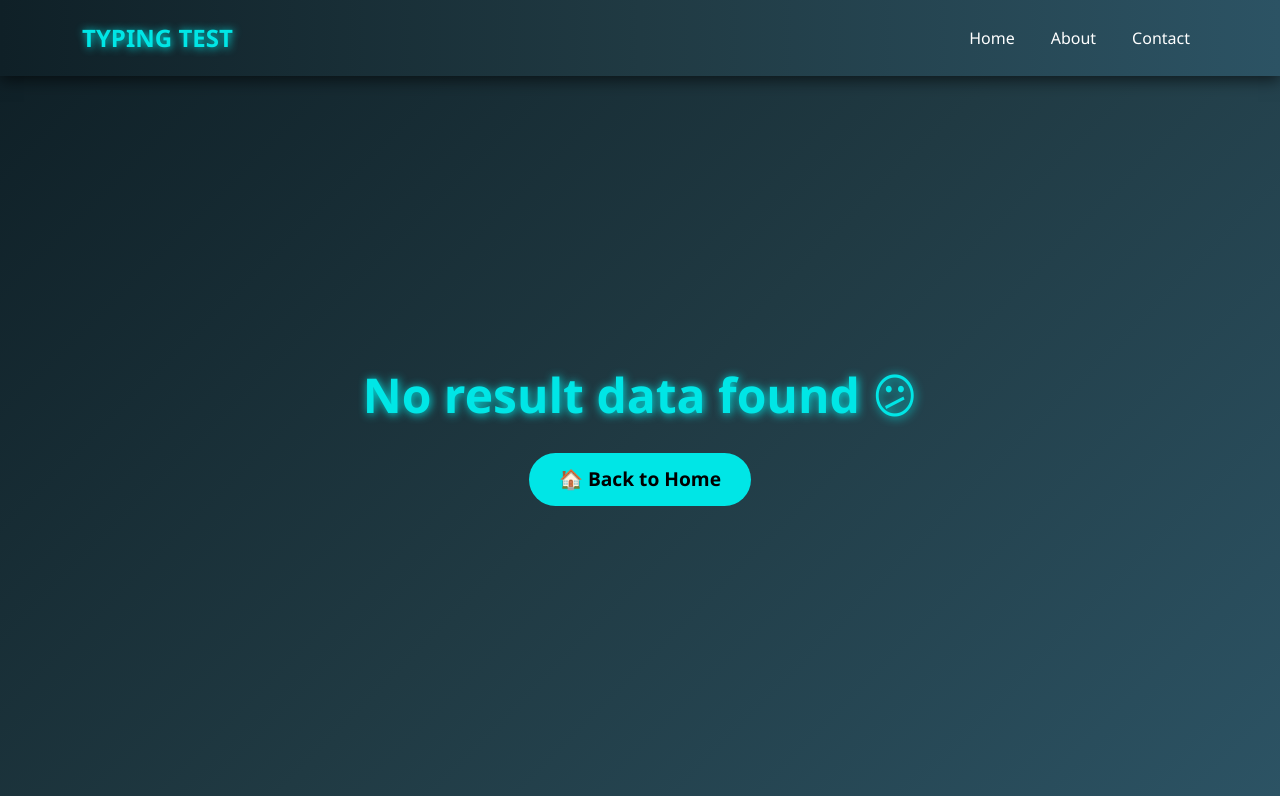
Repository: SHAHZADcodr/typing-test-react
Page: /gameOver
The author's editor kept a copy of each file at every save. The page is drawn from the files as they stood at one save, then again after a run of saves.
The browser window is 1280 px wide. The pictures show the whole page.
The project was rebuilt for these pictures with package versions that can differ from the ones it lists, and the page was loaded fresh each time. Also part of the build but not shown: src/customCss/Home.css, src/pages/Home.jsx, src/customCss/About.css, src/pages/About.jsx, src/customCss/Contact.css, src/pages/Contact.jsx, src/customCss/Game.css, src/pages/Game.jsx. Imported but missing from the stored project, and not drawn on this page: src/assets/background.mp3, src/assets/pop.mp3.

Above is the page before, as saved 2025-04-09 02:11:46.

### src/index.js
import React from 'react';
import "bootstrap/dist/css/bootstrap.min.css";
import ReactDOM from 'react-dom/client';
import './index.css';
import App from './App';
import { BrowserRouter } from 'react-router-dom';
import reportWebVitals from './reportWebVitals';

const root = ReactDOM.createRoot(document.getElementById('root'));
root.render(
  <React.StrictMode>
    <BrowserRouter>
      <App />
    </BrowserRouter>
  </React.StrictMode>
);

// If you want to start measuring performance in your app, pass a function
// to log results (for example: reportWebVitals(console.log))
// or send to an analytics endpoint. Learn more: https://bit.ly/CRA-vitals
reportWebVitals();

### src/index.css
body {
  margin: 0;
  background: linear-gradient(135deg, #0f2027,
  #203a43, #2c5364);
}

### src/App.js
import {Routes,Route} from "react-router-dom";
import './App.css';
//pages
import Home  from "./pages/Home";
import About from "./pages/About";
import Contact from "./pages/Contact";
import Game from "./pages/Game";
import GameOver from "./pages/GameOver";

//components
import Navigation from "./components/Navbar";

function App() {
  return (
    <>
    <Navigation/>
    <Routes>
      <Route path="/" element={<Home/>}/>
      <Route path="*" element={<Home/>}/>
      <Route path="/about" element={<About/>}/>
      <Route path="/contact" element={<Contact/>}/>
      <Route path="/game" element={<Game/>}/>
      <Route path="/gameOver" element={<GameOver/>}/>

    </Routes>
    </>

  );
}

export default App;

### src/App.css
.custom-navbar {
  background: linear-gradient(to right, #0f2027, #203a43, #2c5364) !important;
  padding: 15px 20px;
  box-shadow: 0 4px 15px rgba(0, 0, 0, 0.6);
  font-family: 'Segoe UI', Tahoma, Geneva, Verdana, sans-serif;
}

.custom-navbar .navbar-brand {
  color: #00e6e6 !important;
  font-weight: bold;
  font-size: 1.5rem;
  text-shadow: 1px 1px 8px #00e6e6;
}

.custom-navbar .nav-link {
  color: #ffffff !important;
  margin-left: 20px;
  transition: color 0.3s ease, transform 0.2s ease;
  font-weight: 500;
}

.custom-navbar .nav-link:hover {
  color: #00e6e6 !important;
  transform: scale(1.05);
  text-shadow: 0 0 5px #00e6e6;
}

.custom-navbar .navbar-toggler {
  background-color: #00e6e6;
}

### src/pages/GameOver.jsx
// GameOver.jsx
import React from 'react';
import { useLocation, useNavigate } from 'react-router-dom';
import './GameOver.css'; // ✅ Import your CSS

const GameOver = () => {
  const { state } = useLocation();
  const navigate = useNavigate();
  const result = state?.result;

  if (!result) {
    return (
      <div className="gameover-container">
        <h3 className="gameover-title">No result data found 😕</h3>
        <button className="restart-button" onClick={() => navigate('/')}>
          🏠 Back to Home
        </button>
      </div>
    );
  }

  return (
    <div className="gameover-container">
      <h1 className="gameover-title">🎮 Game Over!</h1>
      <div className="stats-box">
        <h4>✅ Correct Words: <span>{result.score}</span></h4>
        <h4>❌ Missed Words: <span>{result.missed}</span></h4>
        <h4>📈 Accuracy: <span>{result.accuracy}%</span></h4>
        <h4>⌨️ Words Per Minute: <span>{result.wpm}</span></h4>
      </div>
      <button className="restart-button" onClick={() => navigate('/')}>
        🔁 Play Again
      </button>
    </div>
  );
};

export default GameOver;

### src/components/Navbar.jsx
import React from 'react';
import { Navbar, Nav, Container } from 'react-bootstrap';
import { Link } from 'react-router-dom';
import '../App.css'; // Make sure this path is correct

const Navigation = () => {
  return (
    <Navbar expand="lg" className="custom-navbar" variant="dark">
      <Container>
        <Navbar.Brand as={Link} to="/">TYPING TEST</Navbar.Brand>
        <Navbar.Toggle aria-controls="basic-navbar-nav" />
        <Navbar.Collapse id="basic-navbar-nav">
          <Nav className="ms-auto">
            <Nav.Link as={Link} to="/">Home</Nav.Link>
            <Nav.Link as={Link} to="/about">About</Nav.Link>
            <Nav.Link as={Link} to="/contact">Contact</Nav.Link>
          </Nav>
        </Navbar.Collapse>
      </Container>
    </Navbar>
  );
};

export default Navigation;

### src/customCss/GameOver.css
.gameover-container {
    display: flex;
    flex-direction: column;
    align-items: center;
    justify-content: center;
    height: 100vh;
    background: linear-gradient(135deg, #0f2027, #203a43, #2c5364);
    color: #fff;
    font-family: 'Segoe UI', Tahoma, Geneva, Verdana, sans-serif;
    text-align: center;
    padding: 20px;
  }

  .gameover-title {
    font-size: 3rem;
    font-weight: bold;
    margin-bottom: 30px;
    color: #00e6e6;
    text-shadow: 1px 1px 10px #00e6e6;
  }

  .stats-box {
    background-color: rgba(255, 255, 255, 0.1);
    border-radius: 20px;
    padding: 30px;
    box-shadow: 0 4px 20px rgba(0, 0, 0, 0.4);
    width: 90%;
    max-width: 500px;
    margin-bottom: 30px;
  }

  .stats-box h4 {
    font-size: 1.5rem;
    margin: 10px 0;
  }

  .stats-box span {
    font-weight: bold;
    color: #00e6e6;
  }

  .restart-button {
    background-color: #00e6e6;
    border: none;
    color: #000;
    font-weight: bold;
    padding: 12px 30px;
    border-radius: 30px;
    font-size: 1.2rem;
    transition: background-color 0.3s ease, transform 0.2s ease;
  }

  .restart-button:hover {
    background-color: #01cccc;
    transform: scale(1.05);
  }

Loaded but not shown: public/index.html (common file); src/reportWebVitals.js (common file)

After the next 2 saves:
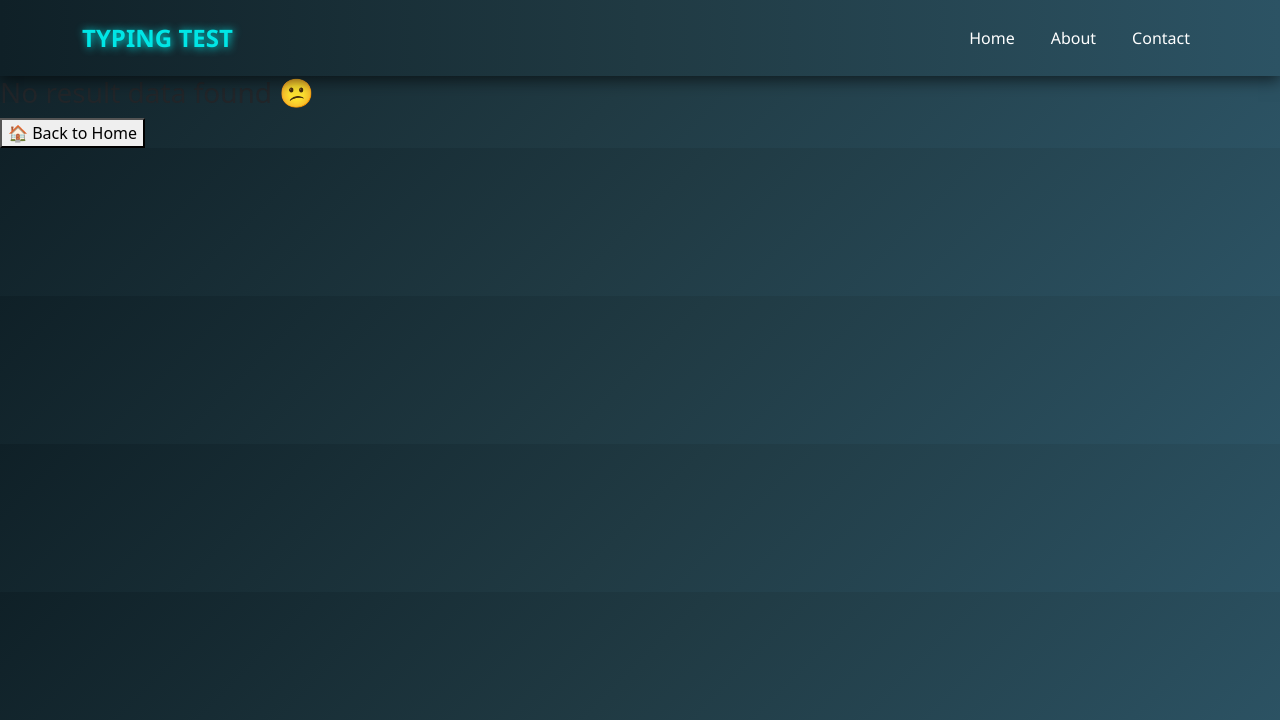
The 2 saves are shown as one change because they came seconds apart.
The last was saved 19 s later.
--- a/src/pages/GameOver.jsx
+++ b/src/pages/GameOver.jsx
@@ -1,7 +1,7 @@
 // GameOver.jsx
 import React from 'react';
 import { useLocation, useNavigate } from 'react-router-dom';
-import './GameOver.css'; // ✅ Import your CSS
+import '...//GameOver.css'; // ✅ Import your CSS
 
 const GameOver = () => {
   const { state } = useLocation();

After the 5 saves that followed:
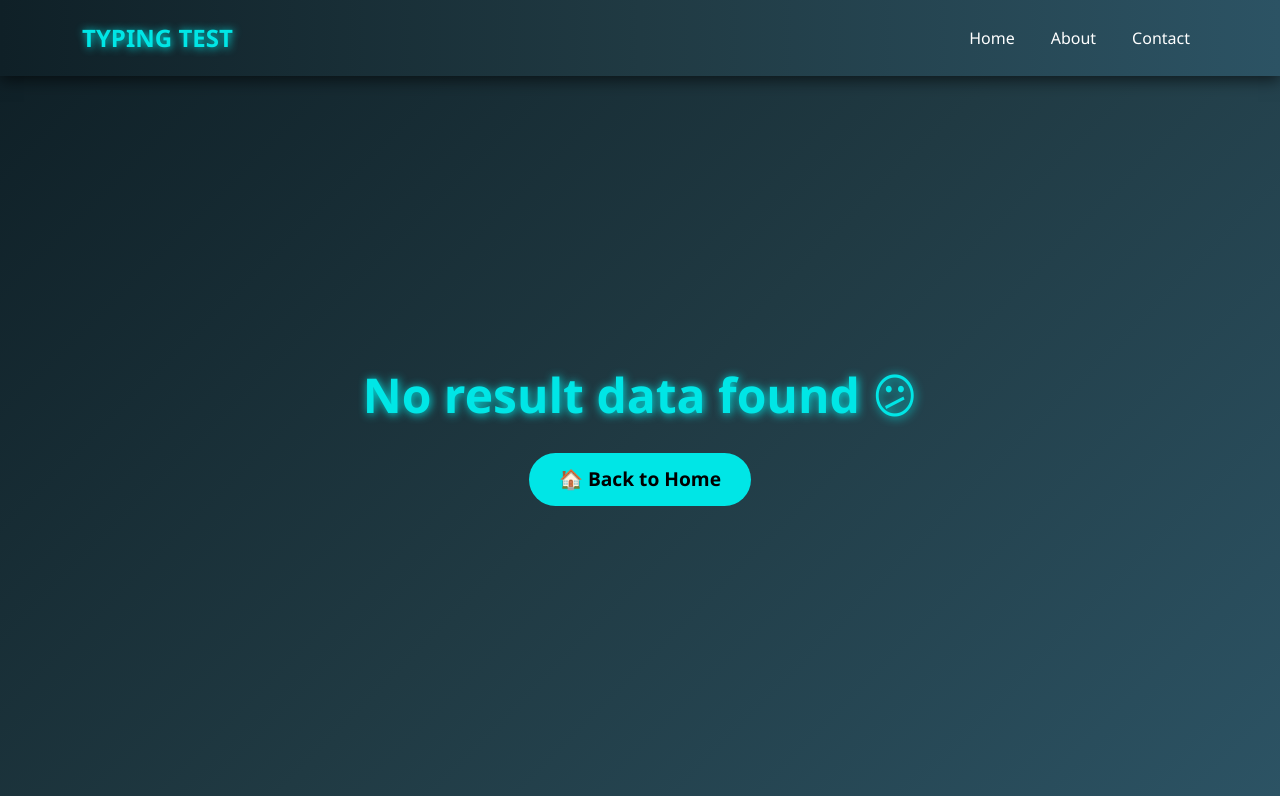
The 5 saves are shown as one change because 2 left the picture as it was and some came seconds apart.
The last was saved 21 s later.
--- a/src/pages/GameOver.jsx
+++ b/src/pages/GameOver.jsx
@@ -1,7 +1,7 @@
 // GameOver.jsx
 import React from 'react';
 import { useLocation, useNavigate } from 'react-router-dom';
-import '...//GameOver.css'; // ✅ Import your CSS
+import '../CustomCss/GameOver.css'; // ✅ Import your CSS
 
 const GameOver = () => {
   const { state } = useLocation();
